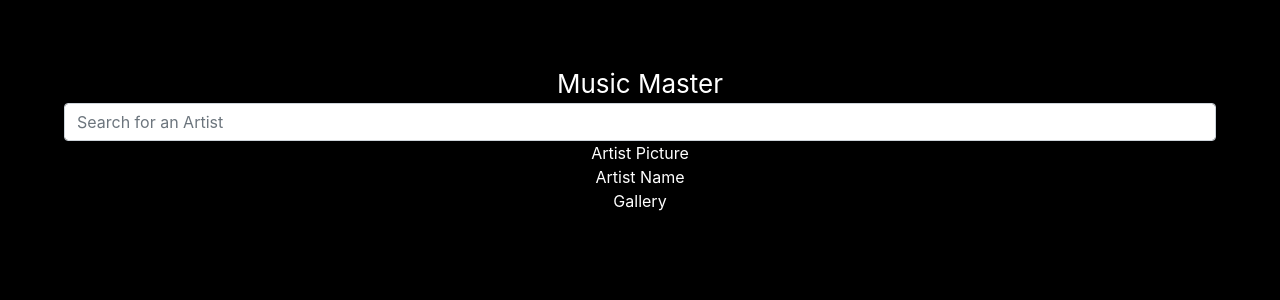
Repository: the-manohar/music
Page: /
These files come from the project's save history. The page is drawn as it stood at one moment and after the next save; the edit follows.
The browser window is 1280 px wide. The pictures show the whole page.
The project was rebuilt for these pictures with package versions that can differ from the ones it lists, and the page was loaded fresh each time.

Above is the page before, as saved 2020-07-19 04:14:15.

After the next save:
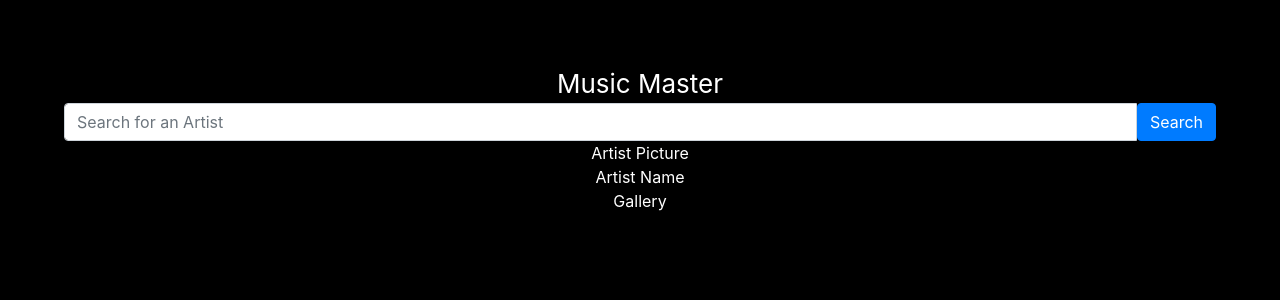
Saved 65 s later.
--- a/src/App.js
+++ b/src/App.js
@@ -1,6 +1,6 @@
 import React from "react";
 import "./App.css";
-import { FormGroup, FormControl, InputGroup } from "react-bootstrap";
+import { FormGroup, FormControl, InputGroup, Button } from "react-bootstrap";
 function App() {
   return (
     <div className="App">
@@ -9,6 +9,7 @@ function App() {
         <InputGroup>
           <FormControl type="text" placeholder="Search for an Artist" />
           {/* <InputGroup.Addon>Search</InputGroup.Addon> */}
+          <Button>Search</Button>
         </InputGroup>
       </FormGroup>
       <div className="Profile">
